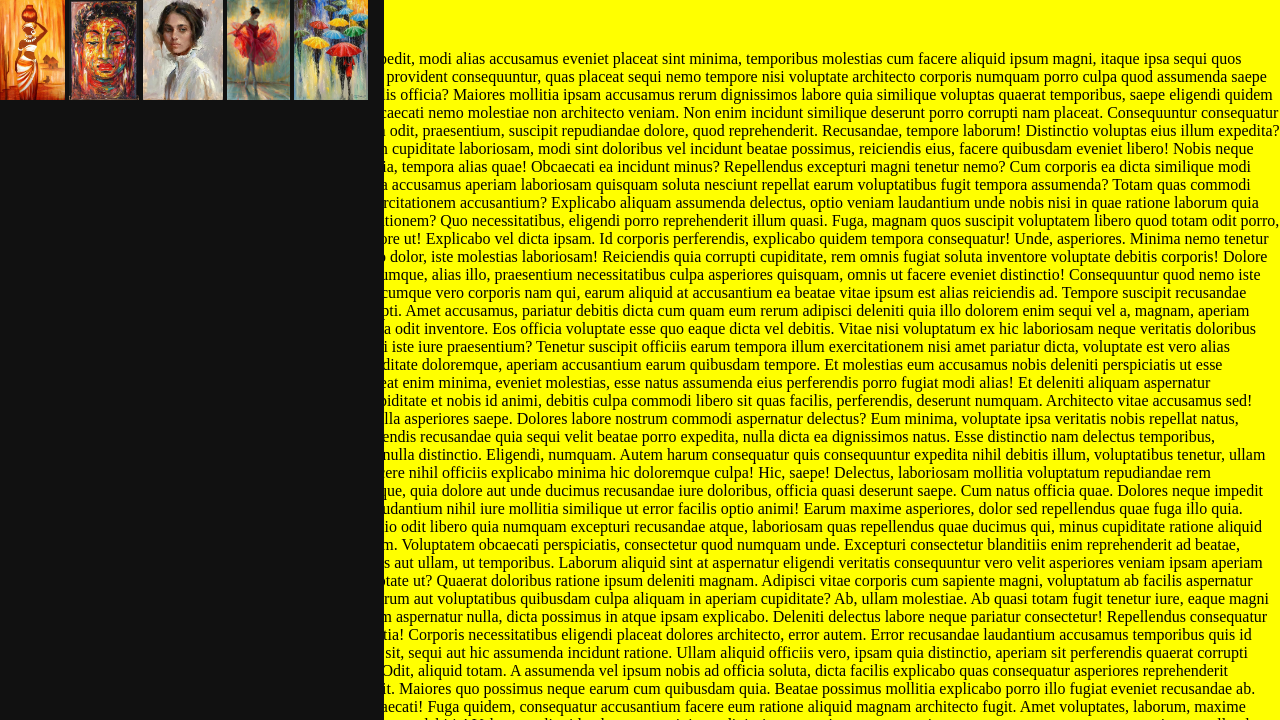
Repository: prathyushaa5/artgallery
Page: index/artists.html
These files come from the project's save history. The page is drawn as it stood at one moment and after the next save; the edit follows.
The browser window is 1280 px wide. The pictures show the whole page.
An inner scrolling area shows only its first screen.

Above is the page before, as saved 2023-11-20 20:58:59.

### index/artists.html
<!DOCTYPE html>
<html lang="en">
<head>
    <meta charset="UTF-8">
    <meta name="viewport" content="width=device-width, initial-scale=1.0">
    <title>Document</title>
</head>
<style>
body{
    margin:0;
    padding:0;
}

#part1{
    height:100vh;
    background-color:#111111;
    position:fixed;
    top:0;
    left:0;
    width:30%;
}

#part2{
    height:100vh;
    background-color: yellow;
    overflow-y:scroll;
}
</style>
<body>
<div id="part1">
    <img src="../images/artist1.jpg" class="img" height="100">
    <img src="../images/artist2.jpg" class="img" height="100">
    <img src="../images/artist3.jpg" class="img" height="100">
    <img src="../images/artist4.jpg" class="img" height="100">
    <img src="../images/artist5.jpg" class="img" height="100">
</div>
<div id="part2">
    <p>this is part2</p>
    Lorem ipsum dolor sit amet consectetur adipisicing elit. Impedit, modi alias accusamus eveniet placeat sint minima, temporibus molestias cum facere aliquid ipsum magni, itaque ipsa sequi quos corrupti dolor? Quis!
    Pariatur, dolor. Quis, sunt? Asperiores provident consequuntur, quas placeat sequi nemo tempore nisi voluptate architecto corporis numquam porro culpa quod assumenda saepe accusantium inventore! Blanditiis laborum fugiat culpa facilis officia?
    Maiores mollitia ipsam accusamus rerum dignissimos labore quia similique voluptas quaerat temporibus, saepe eligendi quidem adipisci! Quae facere culpa odit, neque beatae at. Neque obcaecati nemo molestiae non architecto veniam.
    Non enim incidunt similique deserunt porro corrupti nam placeat. Consequuntur consequatur est eos explicabo minima perferendis facere cum id nostrum odit, praesentium, suscipit repudiandae dolore, quod reprehenderit. Recusandae, tempore laborum!
    Distinctio voluptas eius illum expedita? Deleniti ipsa quo rem ipsam id minima nesciunt animi totam cupiditate laboriosam, modi sint doloribus vel incidunt beatae possimus, reiciendis eius, facere quibusdam eveniet libero!
    Nobis neque unde, rem incidunt, voluptates obcaecati libero ratione officia, tempora alias quae! Obcaecati ea incidunt minus? Repellendus excepturi magni tenetur nemo? Cum corporis ea dicta similique modi aspernatur vero.
    Illum, excepturi et mollitia veniam expedita accusamus aperiam laboriosam quisquam soluta nesciunt repellat earum voluptatibus fugit tempora assumenda? Totam quas commodi itaque numquam. Vero numquam quia itaque molestiae, exercitationem accusantium?
    Explicabo aliquam assumenda delectus, optio veniam laudantium unde nobis nisi in quae ratione laborum quia iste tempore pariatur. Nulla, veniam earum! Autem, exercitationem? Quo necessitatibus, eligendi porro reprehenderit illum quasi.
    Fuga, magnam quos suscipit voluptatem libero quod totam odit porro, corporis neque dicta incidunt corrupti. Quaerat magni tempore ut! Explicabo vel dicta ipsam. Id corporis perferendis, explicabo quidem tempora consequatur!
    Unde, asperiores. Minima nemo tenetur qui quam aut sequi aspernatur, debitis, voluptates illum odio dolor, iste molestias laboriosam! Reiciendis quia corrupti cupiditate, rem omnis fugiat soluta inventore voluptate debitis corporis!
    Dolore adipisci laboriosam aspernatur maxime repellat reiciendis cumque, alias illo, praesentium necessitatibus culpa asperiores quisquam, omnis ut facere eveniet distinctio! Consequuntur quod nemo iste maxime officiis deserunt sunt natus iure!
    Nulla perferendis cumque vero corporis nam qui, earum aliquid at accusantium ea beatae vitae ipsum est alias reiciendis ad. Tempore suscipit recusandae minima assumenda, quas quam sapiente nam veritatis corrupti.
    Amet accusamus, pariatur debitis dicta cum quam eum rerum adipisci deleniti quia illo dolorem enim sequi vel a, magnam, aperiam quaerat veritatis. Voluptates facilis aliquid ea dolorum officia odit inventore.
    Eos officia voluptate esse quo eaque dicta vel debitis. Vitae nisi voluptatum ex hic laboriosam neque veritatis doloribus rerum cupiditate. Fugit quaerat rerum quia beatae ad deleniti iste iure praesentium?
    Tenetur suscipit officiis earum tempora illum exercitationem nisi amet pariatur dicta, voluptate est vero alias ratione, ipsa velit ea porro omnis? Veritatis perferendis cupiditate doloremque, aperiam accusantium earum quibusdam tempore.
    Et molestias eum accusamus nobis deleniti perspiciatis ut esse inventore nisi incidunt! Fuga eaque eligendi architecto placeat enim minima, eveniet molestias, esse natus assumenda eius perferendis porro fugiat modi alias!
    Et deleniti aliquam aspernatur cupiditate, magnam suscipit eos? Voluptas dolorum esse cupiditate et nobis id animi, debitis culpa commodi libero sit quas facilis, perferendis, deserunt numquam. Architecto vitae accusamus sed!
    Maxime inventore voluptatum quia? Placeat quam eaque nulla asperiores saepe. Dolores labore nostrum commodi aspernatur delectus? Eum minima, voluptate ipsa veritatis nobis repellat natus, aperiam libero ex consequuntur, accusantium quas!
    Ex reiciendis recusandae quia sequi velit beatae porro expedita, nulla dicta ea dignissimos natus. Esse distinctio nam delectus temporibus, consequatur fuga deserunt nobis? Corrupti alias accusamus nulla distinctio. Eligendi, numquam.
    Autem harum consequatur quis consequuntur expedita nihil debitis illum, voluptatibus tenetur, ullam vero soluta placeat molestiae animi aspernatur eos odio. Facere nihil officiis explicabo minima hic doloremque culpa! Hic, saepe!
    Delectus, laboriosam mollitia voluptatum repudiandae rem laudantium deleniti atque culpa porro provident corrupti neque, quia dolore aut unde ducimus recusandae iure doloribus, officia quasi deserunt saepe. Cum natus officia quae.
    Dolores neque impedit maxime sunt quibusdam, explicabo fugiat alias provident laudantium nihil iure mollitia similique ut error facilis optio animi! Earum maxime asperiores, dolor sed repellendus quae fuga illo quia.
    Rerum dicta voluptas ipsum, at laudantium velit. Veniam odio odit libero quia numquam excepturi recusandae atque, laboriosam quas repellendus quae ducimus qui, minus cupiditate ratione aliquid molestiae delectus velit dolorem.
    Omnis optio cumque earum. Voluptatem obcaecati perspiciatis, consectetur quod numquam unde. Excepturi consectetur blanditiis enim reprehenderit ad beatae, ducimus unde, quaerat qui eum voluptatibus ipsam molestias aut ullam, ut temporibus.
    Laborum aliquid sint at aspernatur eligendi veritatis consequuntur vero velit asperiores veniam ipsam aperiam illo et culpa quisquam officiis amet, placeat explicabo voluptate ut? Quaerat doloribus ratione ipsum deleniti magnam.
    Adipisci vitae corporis cum sapiente magni, voluptatum ab facilis aspernatur quo molestias obcaecati, harum nihil voluptate, at dolor! Harum aut voluptatibus quibusdam culpa aliquam in aperiam cupiditate? Ab, ullam molestiae.
    Ab quasi totam fugit tenetur iure, eaque magni doloremque voluptate quia, dolor molestias sequi vero earum aspernatur nulla, dicta possimus in atque ipsam explicabo. Deleniti delectus labore neque pariatur consectetur!
    Repellendus consequatur veritatis incidunt voluptas expedita magni voluptatum mollitia! Corporis necessitatibus eligendi placeat dolores architecto, error autem. Error recusandae laudantium accusamus temporibus quis id laboriosam? Sed porro eos voluptatum doloremque!
    Harum sit, sequi aut hic assumenda incidunt ratione. Ullam aliquid officiis vero, ipsam quia distinctio, aperiam sit perferendis quaerat corrupti culpa vitae temporibus laborum consequatur, eius minima? Odit, aliquid totam.
    A assumenda vel ipsum nobis ad officia soluta, dicta facilis explicabo quas consequatur asperiores reprehenderit dolorem eius adipisci reiciendis inventore aspernatur impedit. Maiores quo possimus neque earum cum quibusdam quia.
    Beatae possimus mollitia explicabo porro illo fugiat eveniet recusandae ab. Quae aliquam voluptatum magni hic repellat, iusto odit obcaecati! Fuga quidem, consequatur accusantium facere eum ratione aliquid magnam architecto fugit.
    Amet voluptates, laborum, maxime enim voluptas dolorum, error unde vero fugiat corporis voluptate debitis! Voluptate aliquid vel amet, suscipit et adipisci error veniam quam, maxime porro, quae accusamus accusantium repellendus.
    Omnis, hic. Ea accusantium rerum porro iusto commodi velit minus corrupti quaerat atque, blanditiis a, explicabo laudantium, quisquam quo cupiditate facere distinctio non autem error. Nisi ipsum aperiam dolores autem.
    Illo excepturi error fuga labore. Maiores similique culpa velit doloribus impedit nulla eligendi. Porro itaque, iusto dolorem officiis hic deserunt repellat assumenda a minima corporis pariatur quidem aperiam tempore sint!
    Aut ut enim atque nesciunt magnam ea quidem! Vero exercitationem quisquam harum praesentium, illo accusamus fugit libero quod magnam minus reprehenderit quaerat ex architecto nostrum beatae, ratione quia eveniet sunt.
    Eligendi, possimus aperiam culpa, fugit quas sunt quos tempora amet repellat odio perferendis repudiandae nihil molestiae vel itaque exercitationem minima dignissimos modi iusto repellendus. Hic consequatur dicta iusto numquam minus.
    Quam libero eos eaque itaque, perferendis odio culpa tenetur enim vel, ex asperiores ullam magni recusandae corporis provident placeat facilis reprehenderit voluptatibus tempore dolor mollitia autem nemo! Veniam, repellendus tenetur.
    Fuga sit aliquam in perspiciatis, hic dicta cumque laboriosam est velit quaerat quo provident voluptatem autem quam optio ad molestiae accusantium ipsa sapiente eius, tempora totam. Laboriosam magni facilis illo.
    Incidunt alias aperiam quidem inventore nulla minima perferendis cum tempora facilis. Nostrum quasi commodi eligendi odio, cum voluptatem fuga sit perferendis, eveniet atque praesentium, delectus fugiat a unde? Iste, impedit.
    Quisquam mollitia, dolores vero maiores illum accusamus, esse illo voluptatem deleniti non et harum sed sequi. Non consequuntur, esse veniam repudiandae unde qui, ab culpa totam nostrum autem ipsum repellat.
    Consectetur numquam laborum odio dolore in, dicta rem facere! Pariatur nisi fuga optio odit sunt, consectetur assumenda, rerum veniam exercitationem tenetur ea tempore iure accusantium necessitatibus sapiente voluptate ut? Voluptatem.
    Rerum at autem culpa earum veritatis ab saepe odit corporis molestias, cupiditate illum similique commodi necessitatibus a minima eum totam accusantium quibusdam perferendis asperiores fuga. Odit quasi laboriosam nostrum nesciunt.
    Exercitationem animi quos quam eos corrupti fuga sint laboriosam expedita ab hic cumque sequi deserunt facere at aspernatur quia, cum quidem consectetur velit odit error maiores repellat eveniet optio! Officia!
    Magnam itaque rem odio? Non ad atque, tempore earum vitae labore incidunt maiores nulla minima eligendi perferendis enim reiciendis delectus quisquam laboriosam minus numquam sit nemo nam explicabo placeat praesentium.
    Error omnis soluta deserunt rerum dolor natus. Minima autem voluptatem quasi placeat officiis omnis molestias nihil cum aut doloribus non sequi quam cumque, consequatur error dolorum esse recusandae. Esse, quisquam?
    Officiis, beatae optio nesciunt dolore nemo neque eius atque. Vitae quibusdam, dolores aperiam sit recusandae laudantium nam aliquam expedita quod facere, alias maiores voluptatibus possimus quaerat eaque dicta enim est.
    Aperiam rem repudiandae laborum mollitia quaerat quasi est in hic quas laudantium a perspiciatis molestiae recusandae iste sequi, nihil consequatur vitae assumenda asperiores odit maxime natus. Vel sit doloribus repudiandae.
    Eaque aliquam quidem autem consequuntur voluptatum facilis quae reprehenderit cum atque explicabo nam natus earum nulla vitae, culpa blanditiis dolorem veniam, minus iure et similique fuga eos. Perspiciatis, laborum provident.
    At rem voluptatem quo! Ab corporis vel soluta reprehenderit rem quia autem, fugit, architecto voluptatem nemo ea accusamus optio quasi tenetur incidunt error voluptatum quis veritatis similique eveniet reiciendis provident!
    Reprehenderit minima culpa ullam doloribus perferendis, debitis velit cumque. Quae, explicabo quaerat. Harum nostrum hic repellendus quia quis exercitationem, debitis nulla! Quos asperiores veniam nulla. Praesentium sunt voluptates error asperiores.
    Culpa voluptatum vero excepturi! Tenetur corporis labore quod, ducimus necessitatibus at, saepe a voluptates quia error impedit, vero alias veritatis doloribus. Enim, debitis minima facere possimus rerum voluptatem harum eligendi.
    Voluptas consectetur quis facere accusantium delectus dignissimos eveniet quod velit aliquid. Aliquid fugit repellat officia dicta tempore cupiditate nam id reiciendis asperiores animi mollitia cumque perspiciatis alias, quis modi et?
    Optio quo, nulla assumenda est expedita reiciendis adipisci mollitia explicabo temporibus qui minus corporis officiis quibusdam, exercitationem ut sapiente! Accusantium rem dicta eos vero doloribus consequatur explicabo nemo voluptatum porro!
    Amet, illum. Earum, libero dolorem! Nostrum fuga natus minima ea provident nemo doloremque blanditiis incidunt explicabo molestiae aspernatur fugit laudantium quod illo, dolores officia sint quas unde quidem doloribus cumque.
    Obcaecati, quia eveniet nisi nobis laudantium aspernatur nesciunt debitis maiores totam? Eligendi obcaecati iusto sint, ipsam doloribus placeat suscipit optio culpa? Architecto, voluptatibus odio? Neque culpa reiciendis assumenda voluptatum deserunt.
    Explicabo, accusantium, repudiandae excepturi laboriosam similique quae ducimus quia, modi odio nulla magni iusto asperiores. Laboriosam quod asperiores, unde saepe dignissimos non maxime labore autem a ipsa corrupti vel pariatur.
    Deserunt maxime provident impedit ipsa nam quisquam facilis odit aliquid necessitatibus asperiores ullam porro eveniet, incidunt ex beatae magnam eius, earum suscipit qui repellat error illo! Ad perferendis pariatur commodi.
    Ad nemo inventore necessitatibus quia dicta sunt itaque quae amet, fuga ducimus ullam aspernatur incidunt ex possimus nihil! Perspiciatis consectetur illo numquam aliquam quis molestiae aperiam nulla ad repellendus nihil!
    Fuga nihil tenetur quos perferendis repellat iusto laudantium ex obcaecati, veritatis distinctio dicta hic eum accusantium recusandae, quisquam, doloribus excepturi. Vitae voluptatem dolore necessitatibus ex unde? Enim necessitatibus veniam ullam.
    Itaque, fugit. Laborum corrupti laboriosam nesciunt? Mollitia ut sunt reprehenderit explicabo nemo quas beatae nisi a adipisci, eaque, perspiciatis aperiam reiciendis minus doloremque nam ad accusantium laudantium facere praesentium dolore?
    Doloribus quas placeat, eius perspiciatis doloremque inventore deleniti quis asperiores similique, eligendi eum vitae. Cum nulla fugiat facilis veritatis cumque quia laboriosam iure? Magni in, sit porro quisquam voluptatibus molestiae.
    Nihil reiciendis eaque quo quis consequuntur laborum cumque placeat beatae ab, mollitia maiores. Expedita ducimus, dignissimos, ea iure neque, tempora soluta in voluptatum doloremque placeat doloribus ab reiciendis quibusdam laborum.
    Iure, velit sed nemo in porro quibusdam nesciunt eius deleniti reprehenderit quam libero optio minus iusto harum provident aspernatur qui necessitatibus expedita quaerat eum! Sed id officia iste fuga dolores!
    Alias veniam ipsum facilis iste ut beatae ex nesciunt? Vero officiis mollitia culpa libero repudiandae ipsum iste. Nam totam, ratione assumenda ab quibusdam repellat ipsam, obcaecati libero cupiditate rem ducimus.
    In praesentium iste, ducimus earum sapiente sint harum quas voluptatibus odio quidem nostrum labore neque possimus laudantium assumenda eum nesciunt aliquam, ratione, quis laborum. Accusantium sequi delectus sapiente ab ipsum?
    Neque corporis minima, fugiat natus ut culpa, delectus expedita harum dicta id dolorum, repudiandae omnis sapiente eveniet incidunt. Repudiandae, voluptatem quisquam? Eligendi itaque maxime illo nulla iure pariatur deserunt reiciendis?
    Repudiandae commodi delectus laborum quis dolor? Aliquid iste ex nulla temporibus ipsa maiores commodi et repudiandae obcaecati quam accusantium non ratione pariatur rerum itaque necessitatibus harum, veniam sed laboriosam nesciunt!
    Explicabo suscipit quas doloribus, animi odit unde veritatis sunt rem qui vero magni nulla? Animi, repudiandae ab quasi, quisquam quibusdam perferendis voluptatum, doloribus tempora qui quae ipsam aspernatur dolor quas.
    Culpa ducimus, odit quis dolorem quo aliquam perferendis ut a molestias quam exercitationem, expedita alias soluta earum doloribus vero ullam ratione cum qui. Harum deleniti explicabo odit deserunt fugiat aperiam!
    Rem incidunt laudantium tenetur? Earum nihil consequatur tempora in saepe animi qui laboriosam accusantium, doloremque autem maiores ducimus, illum distinctio iste esse velit quia possimus delectus deleniti impedit fugiat iusto.
    Soluta eos facere nemo unde recusandae minima veniam, non iure obcaecati voluptas asperiores repellat! Error tenetur ipsum cum. Illo rerum tempora quaerat itaque repellat optio amet eaque sequi aliquam similique.
    Architecto hic libero, quae voluptatum, aliquid pariatur sit suscipit cupiditate voluptates vel possimus voluptate iure, ex natus. Hic quas autem, ipsum maiores, repellat placeat est velit voluptatem non consectetur a.
    Magni odit ea suscipit. Eaque excepturi aliquam mollitia sapiente exercitationem. Similique id officiis adipisci laboriosam velit dicta sunt dolorum hic possimus temporibus aspernatur repudiandae, voluptate non laborum rem dolor itaque.
    Ut corporis quos aliquid quidem nihil, consequuntur, sequi dolore, voluptas quia beatae laboriosam. Animi explicabo perferendis fuga odio odit rem voluptate laboriosam. Nemo fugiat architecto possimus temporibus sapiente officia in.
    Deserunt nam quaerat, eius commodi repellat officia numquam iste, repellendus asperiores nostrum quod eveniet recusandae. Tenetur omnis magnam debitis odio quis enim? Iure dolor nisi ullam reprehenderit esse natus animi.
    Tenetur accusantium quibusdam cupiditate possimus sunt laborum cum natus illum quae corrupti accusamus deleniti, fugiat perspiciatis at voluptate laudantium dolore deserunt totam. Voluptate vitae in nihil, quibusdam harum blanditiis error.
    Repudiandae excepturi adipisci nobis impedit, omnis iste voluptas quia sed suscipit provident iure eius eum dolorum. Obcaecati, animi autem eos quis vel tenetur culpa dignissimos nisi maiores dolorem voluptatem incidunt.
    Quis, expedita corrupti corporis blanditiis porro dolorum nam rerum molestias soluta id eveniet, quaerat eius, aspernatur cum sed laudantium nulla dolor earum! Ducimus rerum dolores quidem accusamus in, error adipisci.
    Temporibus eius excepturi enim nulla quam numquam quidem minima fugiat esse maxime dolorum architecto est, repellendus delectus hic molestias nobis minus, aperiam tempora. Reprehenderit necessitatibus tempore, animi magnam ipsam mollitia.
    Impedit ducimus amet ad itaque nam totam voluptatum eum sed error eaque quae maxime, ratione quam maiores nulla consequatur alias dolores iure? Dignissimos illum maxime inventore deleniti, perspiciatis harum voluptas!
    Delectus, corrupti dignissimos amet tempora maxime sint ipsa. Earum blanditiis qui eius delectus. Sequi, delectus. Officiis mollitia enim reprehenderit, consequatur consequuntur error ipsam saepe! Ducimus dolor perferendis molestias aliquid reprehenderit.
    Aliquam quibusdam nisi eveniet sed. Placeat nostrum nisi rerum quibusdam porro velit corrupti ipsa excepturi eius numquam modi eaque unde deleniti ipsum dolor, cum sed blanditiis atque itaque veniam ullam!
    Beatae tenetur deserunt, cumque quibusdam mollitia soluta. Cum nisi ad minima, error aliquid eius excepturi, dignissimos odio autem praesentium molestias facilis voluptates neque nesciunt natus quos, ducimus inventore deleniti? Odit.
    Aliquam accusamus soluta facere eaque quasi, ullam error, ipsam placeat ea voluptatem modi eum, ad dicta vero. Magni doloremque, sit eaque earum suscipit laborum dolores fuga modi. Fugiat, temporibus odit!
    Aperiam exercitationem earum repudiandae ipsa obcaecati reprehenderit similique mollitia magnam! Nesciunt consectetur perspiciatis quam neque exercitationem aut aliquam vitae! Voluptatum porro veritatis odio placeat ipsa nesciunt. Fuga aliquam incidunt distinctio!
    Optio voluptatum harum, commodi exercitationem cumque quod voluptatem illum autem recusandae vero maxime laudantium aliquid nulla. Quo deleniti ad soluta repellendus labore, ipsum, a iusto odio officiis ex architecto animi!
    Laborum, ut ipsum magnam minima mollitia placeat! Animi nam facilis, id dignissimos excepturi dolores, nesciunt corporis alias dolorum doloribus tempora vitae aspernatur fuga. Cum, ipsum! Aspernatur ipsum quibusdam minus hic?
    Repellendus, consequuntur sequi iure laudantium deleniti animi iusto tempora ut sapiente quasi quia voluptas recusandae natus minima quis rerum aut, accusamus vel beatae? Omnis, doloribus cum impedit non blanditiis corrupti.
    Delectus nesciunt architecto dolores earum totam reprehenderit? Maxime facere nobis quasi obcaecati officiis minima sunt quaerat nostrum inventore repudiandae, expedita perspiciatis saepe, exercitationem dolorum voluptates qui velit illo omnis adipisci.
    Porro qui hic vero beatae tempore deserunt amet, nam recusandae animi error mollitia omnis. Ex placeat voluptate ad ipsa, distinctio rerum dignissimos deleniti, in, neque suscipit magnam labore maxime laboriosam.
    Autem, odit exercitationem. Eligendi quaerat similique rerum nulla nesciunt aperiam ullam recusandae a quidem? Odit a totam deleniti commodi placeat, vel deserunt hic modi vero eligendi ullam obcaecati consequatur odio?
    Commodi deserunt, fuga nihil nisi blanditiis explicabo sapiente aliquid optio unde, eius praesentium quae. Fugiat minima aut explicabo ipsa repellendus sit cumque similique voluptatem! Delectus quam optio dignissimos a quos?
    Earum perferendis dolorem illum blanditiis officiis, delectus iusto facilis soluta, necessitatibus eius ab ipsa dicta voluptatum quidem enim autem, eaque minima molestiae consectetur voluptates nobis fugiat. Repellat eius nostrum beatae.
    Nam repellendus tempora commodi quibusdam neque ut hic quidem sit aliquam ab. Tenetur asperiores consectetur dolores, non expedita atque, adipisci molestiae facere neque quas itaque ab magnam eos illum vero.
    Et, commodi modi quidem distinctio libero eligendi accusamus unde ullam non quas, dolorem similique quo. Ex, modi! Quo eligendi, culpa alias praesentium, ratione illum illo optio atque, quaerat nesciunt eaque!
    Aperiam, aliquid voluptatum delectus cupiditate quae vel qui minus unde est autem, vitae, enim perspiciatis atque. Neque saepe fugit, tempora, reprehenderit eveniet dolores recusandae ea, non repellat deleniti atque sunt.
    Aperiam similique incidunt voluptatum iusto officiis ducimus optio rerum eius, nesciunt suscipit, exercitationem consequuntur quis, explicabo tempora dolorem eveniet repellendus quam aut quo laudantium quidem delectus et magni quod. Aspernatur!
    Obcaecati nobis qui numquam! Suscipit reprehenderit necessitatibus laboriosam, corrupti numquam inventore earum saepe unde voluptatem accusamus mollitia beatae dolor sit possimus assumenda commodi eveniet provident corporis quibusdam omnis. Temporibus, ipsum.
    Laboriosam et a quisquam dicta sapiente labore, totam libero minima, quibusdam aliquid amet commodi excepturi rerum cupiditate tenetur repudiandae consectetur minus! Earum nemo esse est laudantium cupiditate odio eos dolores?
    Facere, quam, ullam autem animi ratione a magni harum optio nam nobis assumenda fugiat aspernatur necessitatibus quaerat velit reiciendis! Consequatur facere corrupti repudiandae adipisci laborum optio blanditiis ipsam earum fuga?
</div>
</body>
</html>

After the next save:
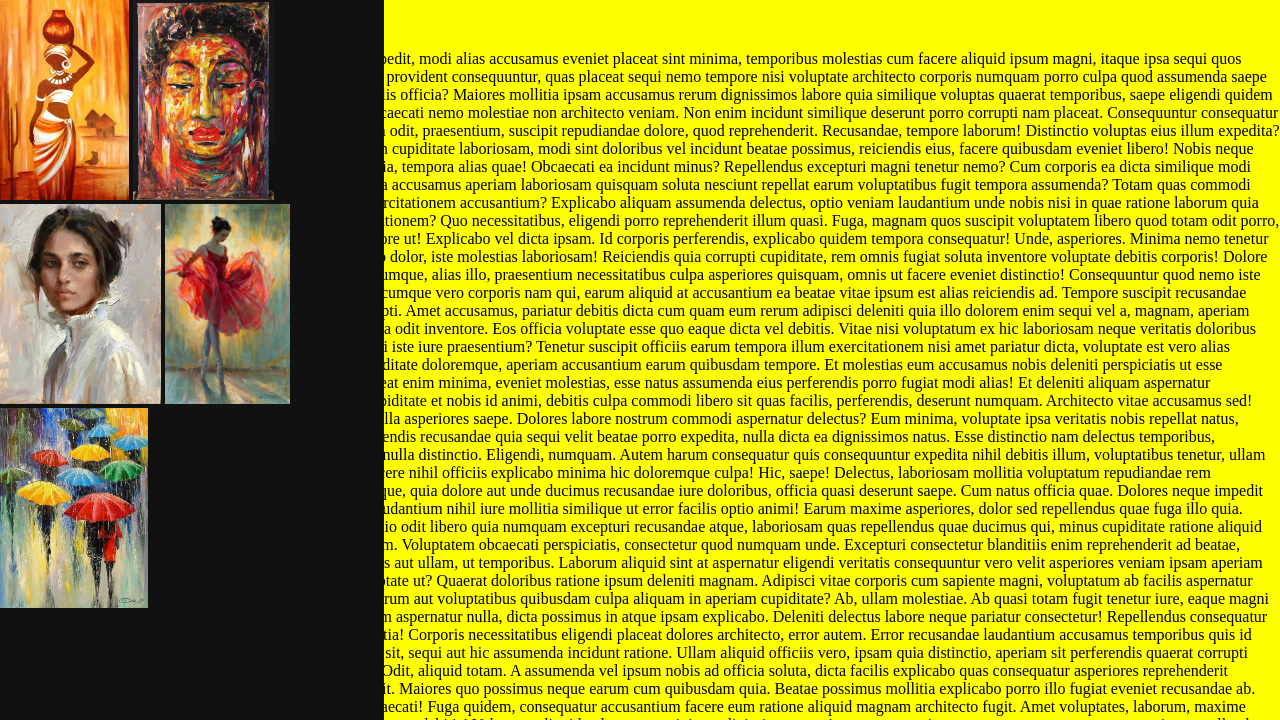
Saved 25 s later.
--- a/index/artists.html
+++ b/index/artists.html
@@ -28,11 +28,11 @@ body{
 </style>
 <body>
 <div id="part1">
-    <img src="../images/artist1.jpg" class="img" height="100">
-    <img src="../images/artist2.jpg" class="img" height="100">
-    <img src="../images/artist3.jpg" class="img" height="100">
-    <img src="../images/artist4.jpg" class="img" height="100">
-    <img src="../images/artist5.jpg" class="img" height="100">
+    <img src="../images/artist1.jpg" class="img" height="200">
+    <img src="../images/artist2.jpg" class="img" height="200">
+    <img src="../images/artist3.jpg" class="img" height="200">
+    <img src="../images/artist4.jpg" class="img" height="200">
+    <img src="../images/artist5.jpg" class="img" height="200">
 </div>
 <div id="part2">
     <p>this is part2</p>
